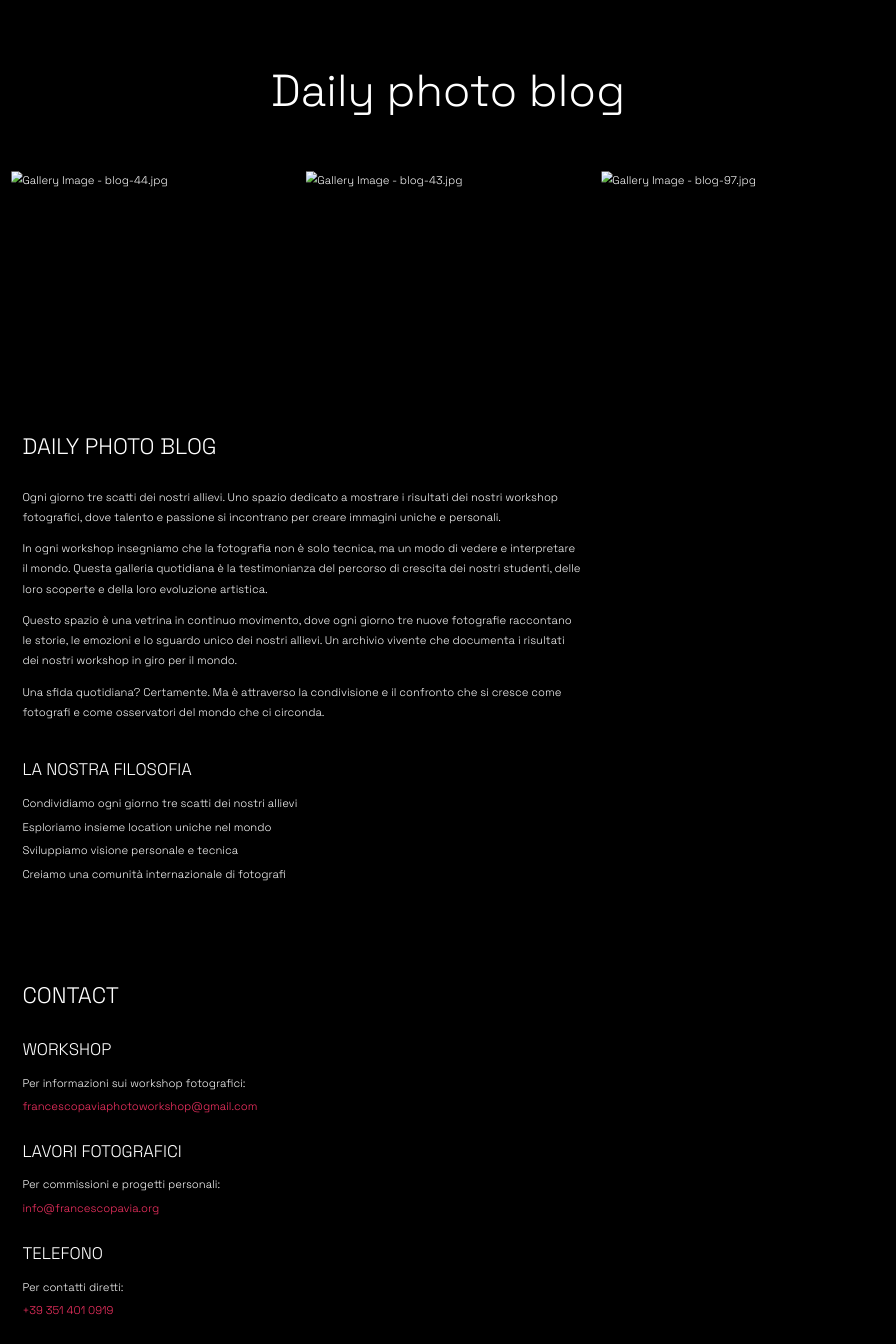
Repository: philipkdpavkia/photo-auto
Page: index.html
The author's editor kept a copy of each file at every save. The page is drawn from the files as they stood at one save, then again after the next save.
The browser window is 1280 px wide. The pictures show the part of the page from y = 1902 to 3822 px (the page is 3882 px tall before and 4202 px after), at 70% of full size.

Above is the page before, as saved 2024-11-13 23:15:32.
Not found: images/blog-43.jpg
Not found: images/blog-44.jpg
Not found: images/blog-97.jpg

After the next save:
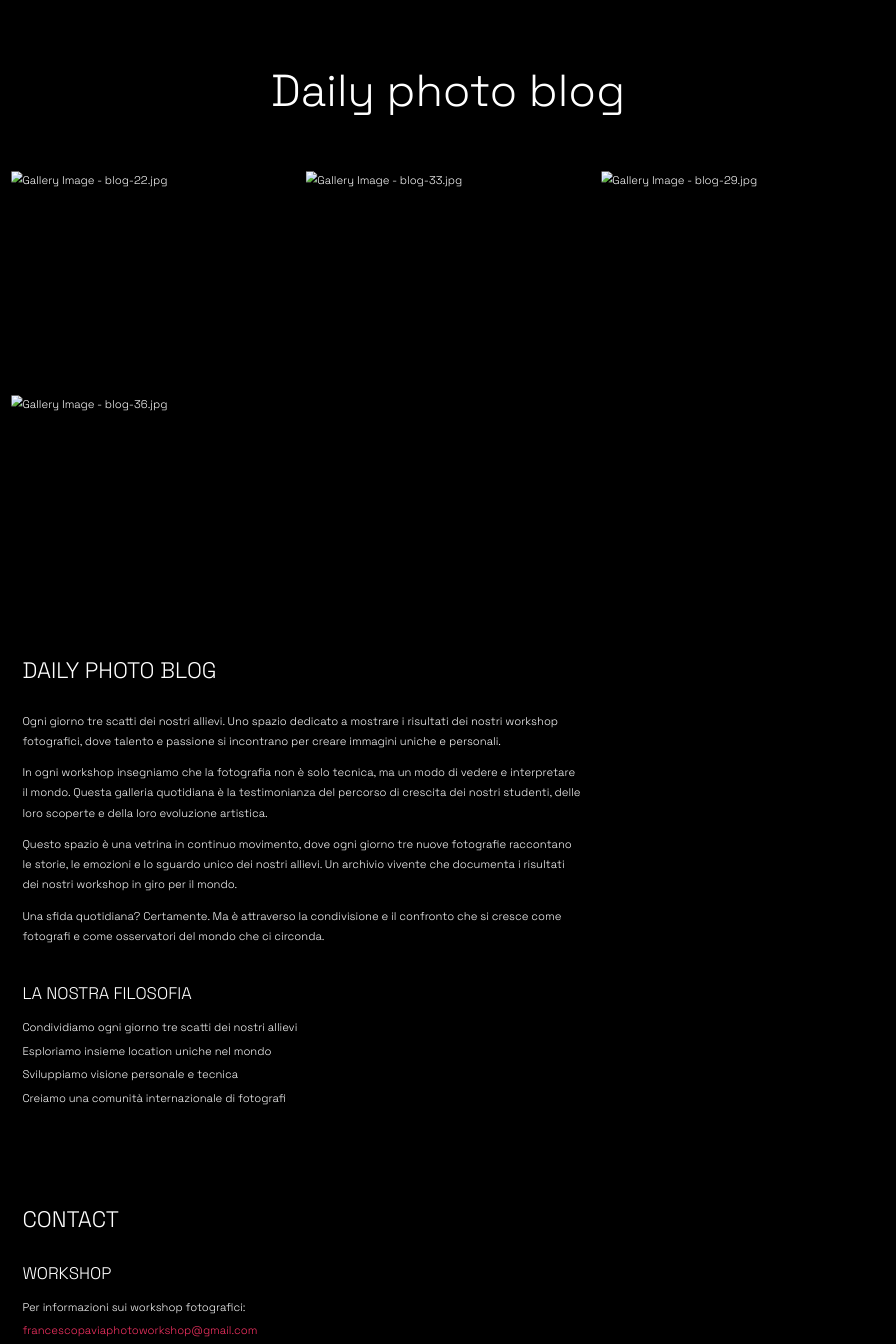
Not found: images/blog-22.jpg
Not found: images/blog-29.jpg
Not found: images/blog-33.jpg
Saved 107 min 1 s later.
--- a/index.html
+++ b/index.html
@@ -159,7 +159,7 @@
    </style>
    <section class="hero">
     <a class="workshop-link" href="wdcuba.html">
-     <img alt="Havana Life" src="/images/cuba/cub-25.jpg"/>
+     <img alt="Havana Life" src="/images/cuba/cub-15.jpg"/>
      <div class="workshop-text">
       <h2>
        Havana Life
@@ -170,7 +170,7 @@
      </div>
     </a>
     <a class="workshop-link" href="wdsenegal.html">
-     <img alt="Senegal Adventures" src="/images/senegal/sen-30.jpg"/>
+     <img alt="Senegal Adventures" src="/images/senegal/sen-21.jpg"/>
      <div class="workshop-text">
       <h2>
        Senegal Adventures
@@ -181,7 +181,7 @@
      </div>
     </a>
     <a class="workshop-link" href="wdmexico.html">
-     <img alt="Dia de Muertos" src="/images/mexico/mex-18.jpg"/>
+     <img alt="Dia de Muertos" src="/images/mexico/mex-22.jpg"/>
      <div class="workshop-text">
       <h2>
        Dia de Muertos
@@ -197,13 +197,16 @@
    </h1>
    <section class="gallery">
     <div class="gallery-item">
-     <img alt="Gallery Image - blog-44.jpg" src="/images/blog-44.jpg"/>
+     <img alt="Gallery Image - blog-22.jpg" src="/images/blog-22.jpg"/>
     </div>
     <div class="gallery-item">
-     <img alt="Gallery Image - blog-43.jpg" src="/images/blog-43.jpg"/>
+     <img alt="Gallery Image - blog-33.jpg" src="/images/blog-33.jpg"/>
     </div>
     <div class="gallery-item">
-     <img alt="Gallery Image - blog-97.jpg" src="/images/blog-97.jpg"/>
+     <img alt="Gallery Image - blog-29.jpg" src="/images/blog-29.jpg"/>
+    </div>
+    <div class="gallery-item">
+     <img alt="Gallery Image - blog-36.jpg" src="/images/blog-36.jpg"/>
     </div>
    </section>
    <style>
